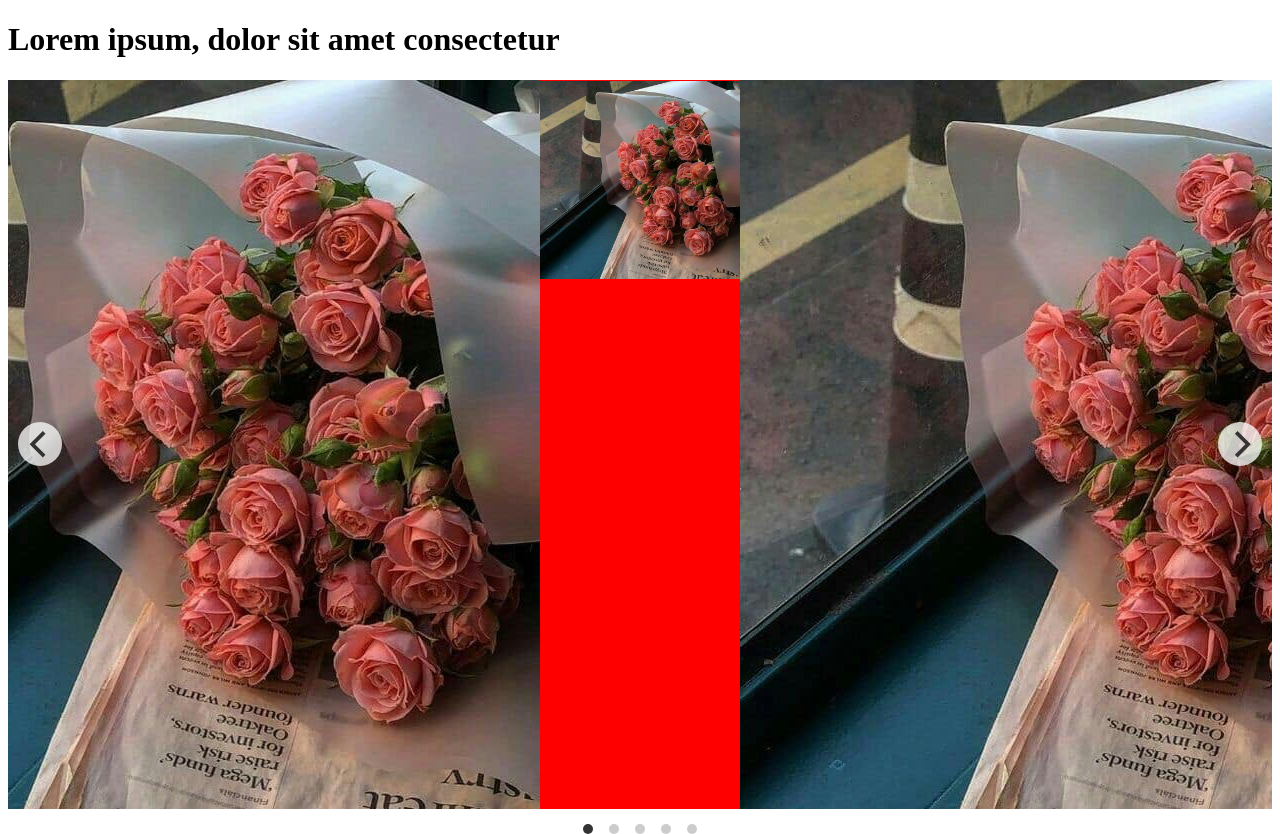
Repository: tongdkhai/Graphic-Art-Mart
Page: test/test.html
An editor plug-in stored every save of this project. The page is shown before and after the next save, followed by the edit.
The browser window is 1280 px wide. The pictures show the whole page.

Above is the page before, as saved 2022-10-25 17:54:34.

After the next save:
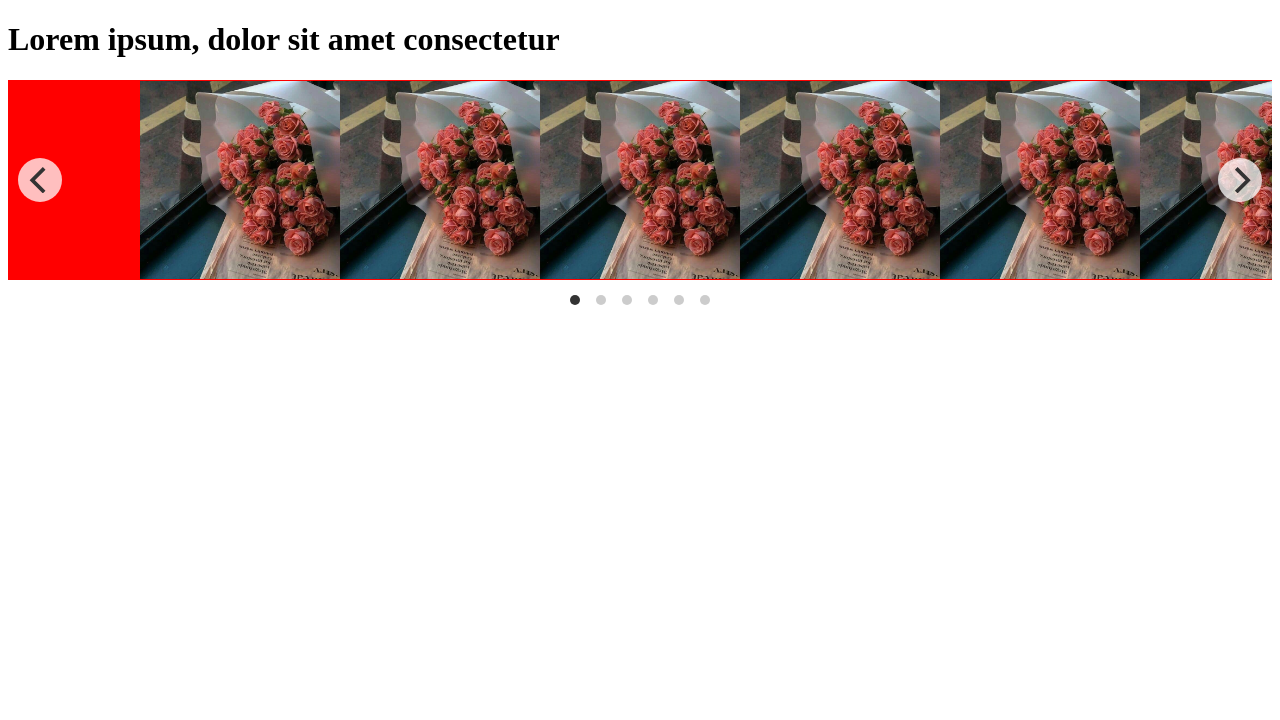
Saved 18 s later.
--- a/test/test.html
+++ b/test/test.html
@@ -51,10 +51,12 @@
       data-flickity='{"freeScroll": true, "wrapAround": true}'
     >
       <img src="./image.jpg" alt="" style="object-fit:contain; width: 200px; height: 200px;">
-      <img src="./image.jpg" alt="">
-      <img src="./image.jpg" alt="">
-      <img src="./image.jpg" alt="">
-      <img src="./image.jpg" alt="">
+      <img src="./image.jpg" alt="" style="object-fit:contain; width: 200px; height: 200px;">
+      <img src="./image.jpg" alt="" style="object-fit:contain; width: 200px; height: 200px;">
+      <img src="./image.jpg" alt="" style="object-fit:contain; width: 200px; height: 200px;">
+      <img src="./image.jpg" alt="" style="object-fit:contain; width: 200px; height: 200px;">
+      <img src="./image.jpg" alt="" style="object-fit:contain; width: 200px; height: 200px;">
+
     </div>
     <script type="text/javascript" src="./docs/flickity.pkgd.min.js"></script>
   </body>
